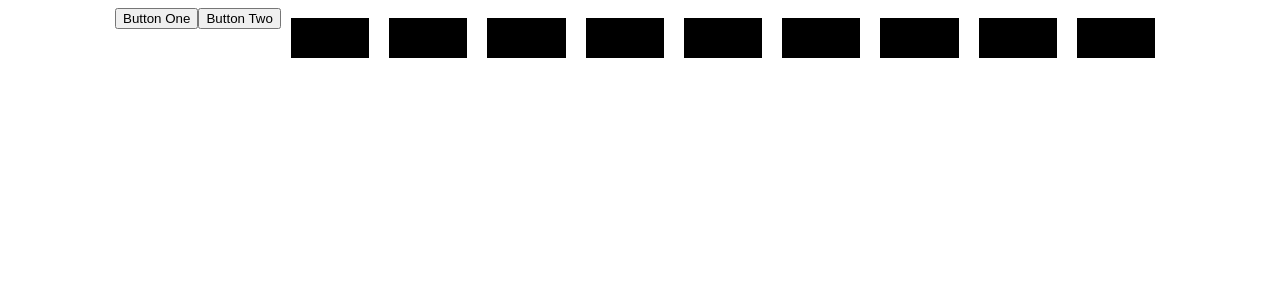
Repository: sheldon18/importance-of-this
Page: index.html
The author's editor kept a record of every edit. The page is drawn from the files as they stood at one moment, then again after the next edit.
The browser window is 1280 px wide. The pictures show the whole page.

Above is the page before.

### index.html
<!DOCTYPE html>
<html lang="en">
<head>
    <meta charset="UTF-8">
    <meta name="viewport" content="width=device-width, initial-scale=1.0">
    <meta http-equiv="X-UA-Compatible" content="ie=edge">
    <link href="css/style.css" rel="stylesheet" type="text/css">
    <script type="text/javascript" src="js/jquery-3.4.1.min.js"></script>
    <title>Document</title>
</head>
<body>
    <div class="container">
        <div class="card">
            <button>Button One</button>
        </div>
        <div class="card">
            <button>Button Two</button>
        </div>
        <div class="box one">
        </div>
        <div class="box three">
        </div>
        <div class="box one">
        </div>

        <div class="box two">
        </div>
        <div class="box three">
        </div>
        <div class="box two">
        </div>

        <div class="box three">
        </div>
        <div class="box three">
        </div>
        <div class="box two">
        </div>

    </div>
    <script type="text/javascript" src="js/script.js"></script>
</body>
</html>

### css/style.css
.container {
    display: flex; /*makes container a flexbox */
    flex-flow: row wrap; /*layout the rows and wrap them */
    box-sizing: border-box;
    margin-right: auto;
    margin-left: auto;
    max-width: 1050px;
}

.box {
    flex: 1; /*makes contents controllable with flexbox*/
    display: flex;
    flex-flow: column;
    max-width: 240px;
    margin: 10px;
    padding: 20px;
    background-color: #000;
}

.makeRed {
    background-color: red;
}

.makeBlue {
    background-color: blue;
}

### js/script.js
$(document).ready(function(){
    $(".box").on("click", function (){
        // when we click on an element that a 'box' class, this will be fired
        var classNames = $(this).attr("class").split(" ");
        var boxClass = classNames[0];
        var className = classNames[1];
        if ($(this).css("background-color") == "rbg(255, 0, 0)") {
            // if this object is alread red, turn it black
            $("." + className).css("background-color", "#000");
        } else {
            // Else turn all elements with a box class black
            // and then change the color of all elements
            // with the same class name as the clicked element
            // to red.
            $("." + boxClass).css("background-color", "#000");
            $("." + className).css("background-color", "red");
        }
    });
});

Loaded but not shown: js/jquery-3.4.1.min.js (library)

After the next edit:
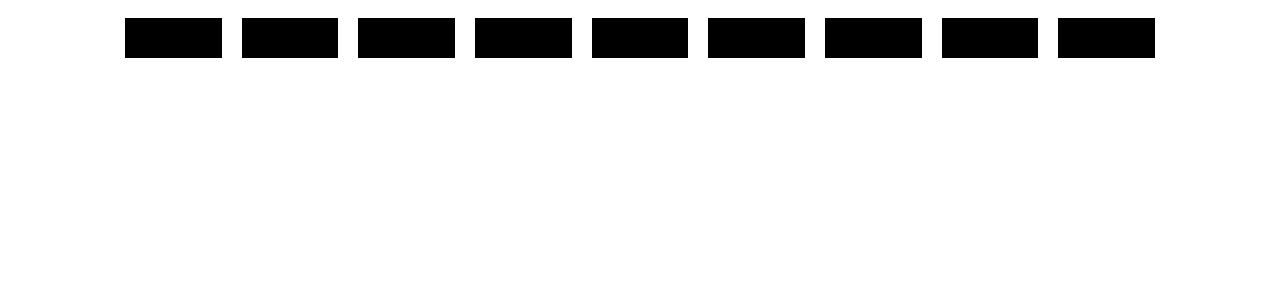
The edit:
--- a/index.html
+++ b/index.html
@@ -10,15 +10,9 @@
 </head>
 <body>
     <div class="container">
-        <div class="card">
-            <button>Button One</button>
-        </div>
-        <div class="card">
-            <button>Button Two</button>
-        </div>
         <div class="box one">
         </div>
-        <div class="box three">
+        <div class="box two">
         </div>
         <div class="box one">
         </div>
